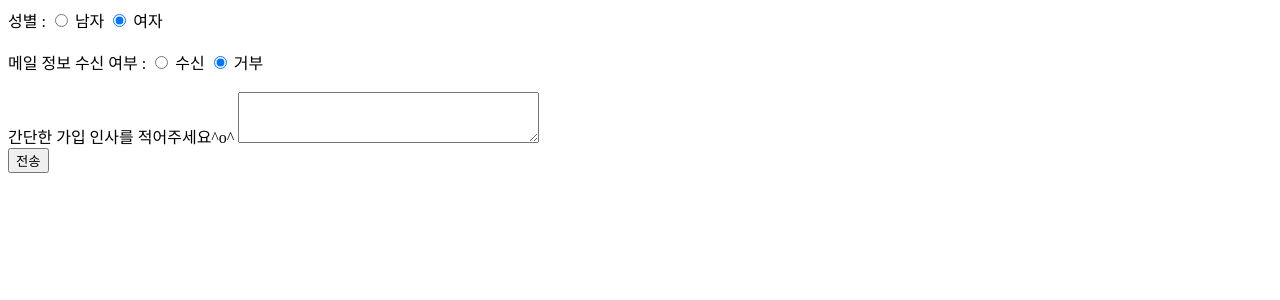
Repository: danial1021/web_workspace
Page: http://localhost/web-study-02/08_radio.jsp
These files come from the project's save history. The page is drawn as it stood at one moment and after the next save; the edit follows.
The browser window is 1280 px wide. The pictures show the whole page.
The page is served by Tomcat 9.

Above is the page before, as saved 2020-12-15 06:57:26.

After the next save:
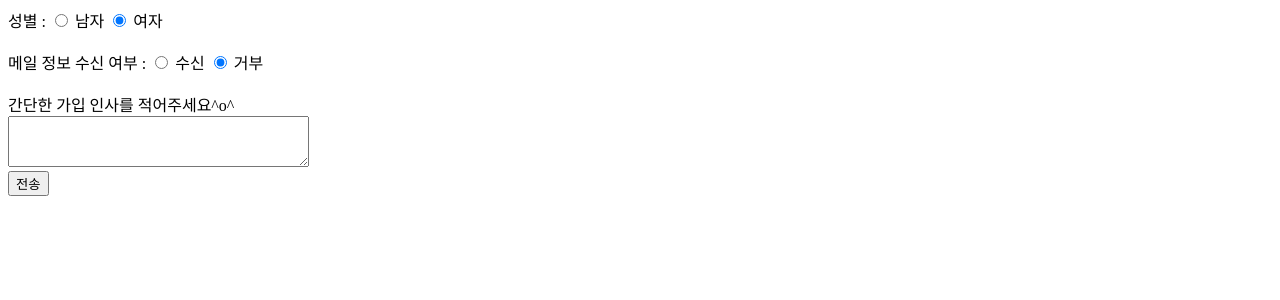
Saved 71 s later.
--- a/web-study-02/WebContent/08_radio.jsp
+++ b/web-study-02/WebContent/08_radio.jsp
@@ -16,7 +16,7 @@
 	<input type="radio" id="chk_mail" name="chk_mail" value="yes" checked> 수신
 	<input type="radio" id="chk_mail" name="chk_mail" value="no" checked> 거부 <br><br>
 
-	<label for="content"> 간단한 가입 인사를 적어주세요^o^ </label>
+	<label for="content"> 간단한 가입 인사를 적어주세요^o^ </label> <br>
 	<textarea id="content" name="content" rows="3" cols="35"></textarea> <br>
 	<input type="submit" value="전송">
 </form>
